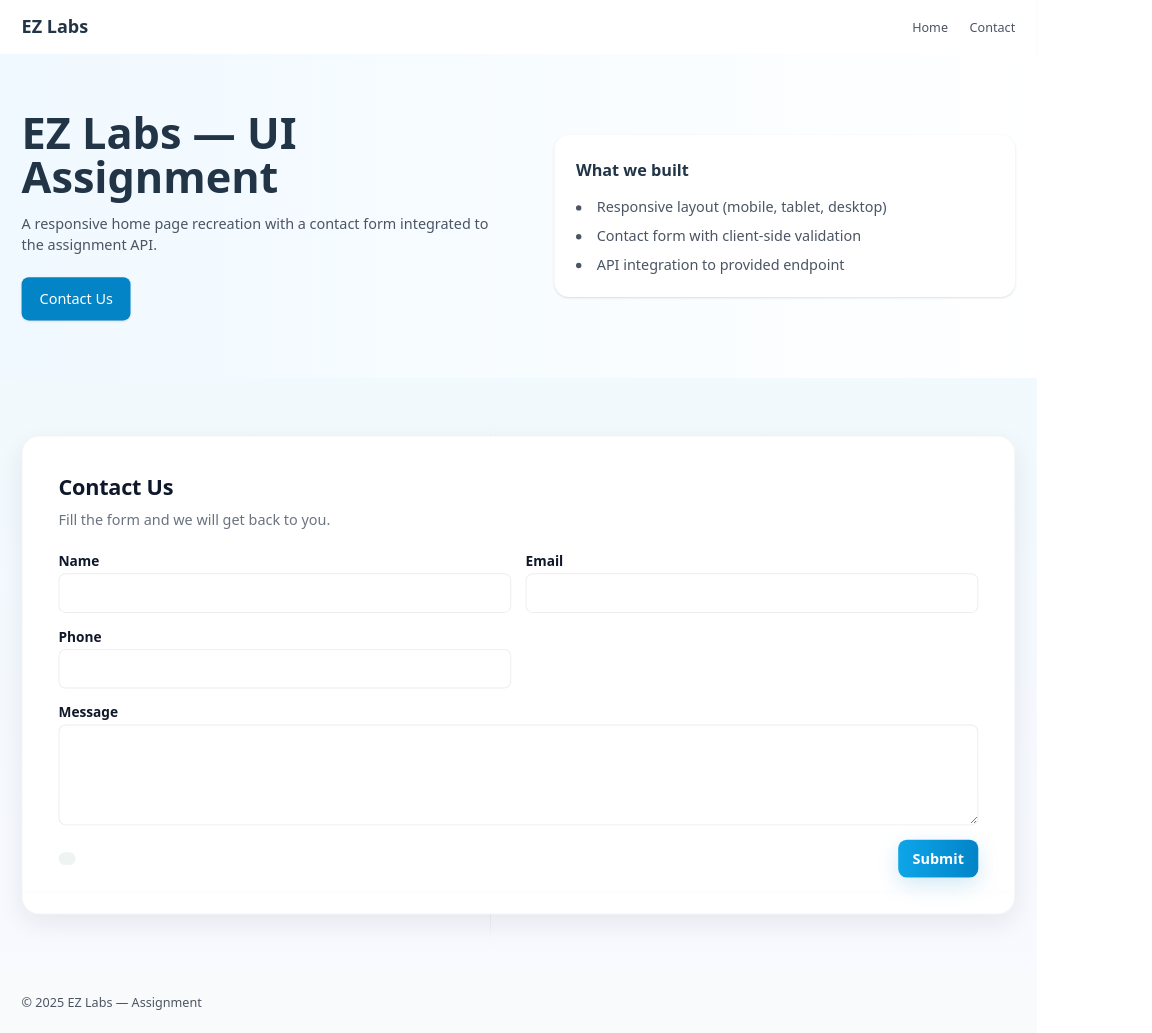
Repository: ritesh1711/ez-contact-form
Page: /
The author's editor kept a copy of each file at every save. The page is drawn from the files as they stood at one save, then again after the next save.
The browser window is 1280 px wide. The pictures show the whole page, at 90% of full size.
The project was rebuilt for these pictures with package versions that can differ from the ones it lists, and the page was loaded fresh each time. Also part of the build but not shown: vite.config.js.

Above is the page before, as saved 2025-11-09 22:09:58.

### index.html
<!doctype html>
<html lang="en">
  <head>
    <meta charset="UTF-8" />
    <link rel="icon" type="image/svg+xml" href="/vite.svg" />
    <meta name="viewport" content="width=device-width, initial-scale=1.0" />
    <title>ezlabs-assignment</title>
  </head>
  <body>
    <div id="root"></div>
    <script type="module" src="/src/main.jsx"></script>
  </body>
</html>

### src/index.css
:root {
  font-family: system-ui, Avenir, Helvetica, Arial, sans-serif;
  line-height: 1.5;
  font-weight: 400;

  color-scheme: light dark;
  color: rgba(255, 255, 255, 0.87);
  background-color: #242424;

  font-synthesis: none;
  text-rendering: optimizeLegibility;
  -webkit-font-smoothing: antialiased;
  -moz-osx-font-smoothing: grayscale;
}

a {
  font-weight: 500;
  color: #646cff;
  text-decoration: inherit;
}
a:hover {
  color: #535bf2;
}

body {
  margin: 0;
  display: flex;
  place-items: center;
  min-width: 320px;
  min-height: 100vh;
}

h1 {
  font-size: 3.2em;
  line-height: 1.1;
}

button {
  border-radius: 8px;
  border: 1px solid transparent;
  padding: 0.6em 1.2em;
  font-size: 1em;
  font-weight: 500;
  font-family: inherit;
  background-color: #1a1a1a;
  cursor: pointer;
  transition: border-color 0.25s;
}
button:hover {
  border-color: #646cff;
}
button:focus,
button:focus-visible {
  outline: 4px auto -webkit-focus-ring-color;
}

@media (prefers-color-scheme: light) {
  :root {
    color: #213547;
    background-color: #ffffff;
  }
  a:hover {
    color: #747bff;
  }
  button {
    background-color: #f9f9f9;
  }
}



@tailwind base;
@tailwind components;
@tailwind utilities;

### src/App.jsx
import React from 'react'
import Hero from './components/Hero'
import ContactForm from './components/ContactForm'
import Footer from './components/Footer'


export default function App(){
return (
<div className="min-h-screen flex flex-col">
<header className="bg-white shadow-sm">
<div className="max-w-6xl mx-auto px-6 py-4 flex items-center justify-between">
<div className="text-xl font-bold">EZ Labs</div>
<nav className="space-x-6 hidden md:block text-sm text-gray-600">
<a href="#home">Home</a>
<a href="#contact">Contact</a>
</nav>
</div>
</header>


<main className="flex-1">
<Hero />
<ContactForm />
</main>


<Footer />
</div>
)
}

### src/components/Hero.jsx
import React from 'react'


export default function Hero(){
return (
<section id="home" className="bg-gradient-to-r from-sky-50 to-white">
<div className="max-w-6xl mx-auto px-6 py-16 grid gap-8 md:grid-cols-2 items-center">
<div>
<h1 className="text-4xl md:text-5xl font-extrabold leading-tight">EZ Labs — UI Assignment</h1>
<p className="mt-4 text-gray-600">A responsive home page recreation with a contact form integrated to the assignment API.</p>
<div className="mt-6">
<a href="#contact" className="inline-block bg-sky-600 text-white px-5 py-3 rounded-lg shadow hover:opacity-90">Contact Us</a>
</div>
</div>


<div className="bg-white rounded-2xl p-6 shadow md:ml-6">
<h3 className="text-lg font-semibold">What we built</h3>
<ul className="mt-4 text-gray-600 list-disc list-inside space-y-2">
<li>Responsive layout (mobile, tablet, desktop)</li>
<li>Contact form with client-side validation</li>
<li>API integration to provided endpoint</li>
</ul>
</div>
</div>
</section>
)
}

### src/components/ContactForm.jsx
import React, { useState } from 'react'
import './ContactForm.css' // added - imports the new styles

function ContactForm() {
  const [form, setForm] = useState({
    name: '',
    email: '',
    phone: '',
    message: ''
  })

  const [errors, setErrors] = useState({})
  const [status, setStatus] = useState('')
  const [loading, setLoading] = useState(false)

  const validate = () => {
    const newErrors = {}
    if (!form.name.trim()) newErrors.name = 'Name is required'
    if (!form.email.trim()) newErrors.email = 'Email is required'
    else if (!/\S+@\S+\.\S+/.test(form.email)) newErrors.email = 'Invalid email'
    if (!form.phone.trim()) newErrors.phone = 'Phone is required'
    if (!form.message.trim()) newErrors.message = 'Message is required'
    return newErrors
  }

  const handleSubmit = async (e) => {
    e.preventDefault()
    const validationErrors = validate()
    if (Object.keys(validationErrors).length > 0) {
      setErrors(validationErrors)
      return
    }

    setErrors({})
    setLoading(true)
    setStatus('')

    try {
      const res = await fetch('https://jsonplaceholder.typicode.com/posts', {
        method: 'POST',
        headers: { 'Content-Type': 'application/json' },
        body: JSON.stringify(form)
      })

      if (res.ok) {
        setStatus('Form Submitted')
        setForm({ name: '', email: '', phone: '', message: '' })
      } else {
        const body = await res.text()
        setStatus('Submission failed: ' + res.status)
        console.error('API error', res.status, body)
      }
    } catch (err) {
      console.error(err)
      setStatus('Submission failed: network error')
    } finally {
      setLoading(false)
    }
  }

  return (
    <section id="contact" className="max-w-6xl mx-auto px-6 py-16">
      <div className="bg-white rounded-2xl shadow p-6 md:p-12">
        <h2 className="text-2xl font-bold">Contact Us</h2>
        <p className="text-gray-600 mt-2">Fill the form and we will get back to you.</p>

        <form className="mt-6 grid gap-4 md:grid-cols-2" onSubmit={handleSubmit} noValidate>
          <div className="md:col-span-1">
            <label className="block text-sm font-medium">Name</label>
            <input
              value={form.name}
              onChange={(e) => setForm({ ...form, name: e.target.value })}
              className={`mt-1 block w-full rounded-md border px-3 py-2 ${
                errors.name ? 'border-red-500' : 'border-gray-200'
              }`}
            />
            {errors.name && <p className="text-sm text-red-600 mt-1">{errors.name}</p>}
          </div>

          <div className="md:col-span-1">
            <label className="block text-sm font-medium">Email</label>
            <input
              value={form.email}
              onChange={(e) => setForm({ ...form, email: e.target.value })}
              className={`mt-1 block w-full rounded-md border px-3 py-2 ${
                errors.email ? 'border-red-500' : 'border-gray-200'
              }`}
            />
            {errors.email && <p className="text-sm text-red-600 mt-1">{errors.email}</p>}
          </div>

          <div className="md:col-span-1">
            <label className="block text-sm font-medium">Phone</label>
            <input
              value={form.phone}
              onChange={(e) => setForm({ ...form, phone: e.target.value })}
              className={`mt-1 block w-full rounded-md border px-3 py-2 ${
                errors.phone ? 'border-red-500' : 'border-gray-200'
              }`}
            />
            {errors.phone && <p className="text-sm text-red-600 mt-1">{errors.phone}</p>}
          </div>

          <div className="md:col-span-2">
            <label className="block text-sm font-medium">Message</label>
            <textarea
              value={form.message}
              onChange={(e) => setForm({ ...form, message: e.target.value })}
              rows={4}
              className={`mt-1 block w-full rounded-md border px-3 py-2 ${
                errors.message ? 'border-red-500' : 'border-gray-200'
              }`}
            ></textarea>
            {errors.message && <p className="text-sm text-red-600 mt-1">{errors.message}</p>}
          </div>

          <div className="md:col-span-2 flex items-center justify-between">
            <div className="text-sm text-green-700">{status}</div>
            <div>
              <button
                type="submit"
                disabled={loading}
                className="inline-flex items-center px-5 py-2 bg-sky-600 text-white rounded-lg hover:opacity-90"
              >
                {loading ? 'Sending...' : 'Submit'}
              </button>
            </div>
          </div>
        </form>
      </div>
    </section>
  )
}

export default ContactForm

### src/components/Footer.jsx
import React from 'react'


export default function Footer(){
return (
<footer className="bg-gray-50">
<div className="max-w-6xl mx-auto px-6 py-6 text-sm text-gray-600">© {new Date().getFullYear()} EZ Labs — Assignment</div>
</footer>
)
}

### src/components/ContactForm.css
/* New styles to beautify and make the contact form responsive */
/* Uses the existing structure and IDs/classes; does not change behavior */

:root{
  --primary: #0ea5e9; /* sky-500 */
  --primary-600: #0284c7;
  --muted: #6b7280;
  --card-bg: rgba(255,255,255,0.96);
  --glass: rgba(255,255,255,0.6);
}

/* Section background and centering */
#contact{
  background: linear-gradient(180deg, rgba(14,165,233,0.06) 0%, rgba(99,102,241,0.04) 100%);
  -webkit-font-smoothing: antialiased;
  -moz-osx-font-smoothing: grayscale;
}

/* Card styling (targets the immediate child card div) */
#contact > div {
  background: linear-gradient(180deg, var(--card-bg), #ffffff);
  border-radius: 1.25rem; /* matches rounded-2xl */
  box-shadow: 0 10px 30px rgba(15,23,42,0.08);
  border: 1px solid rgba(15,23,42,0.04);
  overflow: hidden;
  padding: 1.5rem;
}

/* On larger screens, give the card a subtle side-by-side layout */
@media (min-width: 768px) {
  #contact > div { padding: 2.5rem; }
}

/* Heading */
#contact h2 {
  font-size: 1.5rem;
  letter-spacing: -0.01em;
  color: #0f172a;
}

/* Subtitle */
#contact p {
  color: var(--muted);
}

/* Form container adjustments */
#contact form {
  gap: 1rem;
}

/* Labels */
#contact label {
  color: #0f172a;
  font-weight: 600;
  font-size: 0.95rem;
}

/* Inputs and textarea */
#contact input[type="text"],
#contact input[type="email"],
#contact input[type="tel"],
#contact input,
#contact textarea {
  background: #fff;
  border: 1px solid rgba(15,23,42,0.08);
  transition: border-color 160ms ease, box-shadow 160ms ease, transform 160ms ease;
  box-shadow: none;
  width: 100%;
  border-radius: 0.5rem;
  padding: 0.6rem 0.85rem;
  color: #0f172a;
  font-size: 0.95rem;
  outline: none;
}

/* Focus states */
#contact input:focus,
#contact textarea:focus {
  border-color: var(--primary);
  box-shadow: 0 6px 24px rgba(14,165,233,0.12);
  transform: translateY(-1px);
}

/* Invalid / error inputs - keep existing Tailwind red class but strengthen */
#contact .border-red-500 {
  border-color: #ef4444 !important;
  box-shadow: 0 6px 18px rgba(239,68,68,0.08);
}

/* Error message styling */
#contact .text-red-600 {
  color: #b91c1c;
  font-weight: 600;
  margin-top: 0.35rem;
}

/* Status message (success / error) */
#contact .text-green-700 {
  color: #065f46;
  background: rgba(6,95,70,0.07);
  padding: 0.45rem 0.6rem;
  border-radius: 0.45rem;
  font-weight: 600;
}

/* Submit button - override inline Tailwind for a nicer gradient */
#contact button[type="submit"] {
  background: linear-gradient(90deg, var(--primary) 0%, var(--primary-600) 100%);
  border: none;
  padding: 0.55rem 1rem;
  color: #fff;
  font-weight: 700;
  border-radius: 0.6rem;
  box-shadow: 0 8px 24px rgba(2,132,199,0.18);
  transition: transform 140ms ease, box-shadow 140ms ease, opacity 120ms ease;
  display: inline-flex;
  align-items: center;
  gap: 0.5rem;
}

/* Disabled state */
#contact button[disabled] {
  opacity: 0.6;
  transform: none;
  cursor: not-allowed;
  box-shadow: none;
}

/* Button hover/active */
#contact button[type="submit"]:hover:not([disabled]) {
  transform: translateY(-3px);
  box-shadow: 0 14px 40px rgba(2,132,199,0.16);
}

/* Make grid items more spacious on small screens */
@media (max-width: 640px) {
  #contact form {
    display: grid;
    grid-template-columns: 1fr;
  }

  #contact > div { padding: 1.2rem; }
}

/* Improve textarea appearance */
#contact textarea {
  min-height: 110px;
  resize: vertical;
}

/* Subtle label + input grouping spacing */
#contact .md\\:col-span-2, #contact .md\\:col-span-1 {
  margin-bottom: 0.25rem;
}

/* Accessibility: larger hit target for inputs on touch */
@media (pointer: coarse) {
  #contact input, #contact textarea, #contact button { padding: 0.85rem; }
}

/* small flourish: card entrance */
@keyframes uplift {
  from { transform: translateY(8px); opacity: 0; }
  to { transform: translateY(0); opacity: 1; }
}
#contact > div { animation: uplift 420ms cubic-bezier(.2,.9,.3,1) both; }

/* Keep existing utility classes intact and non-destructive */

Loaded but not shown: src/main.jsx (common file); tailwind.config.cjs (common file)

After the next save:
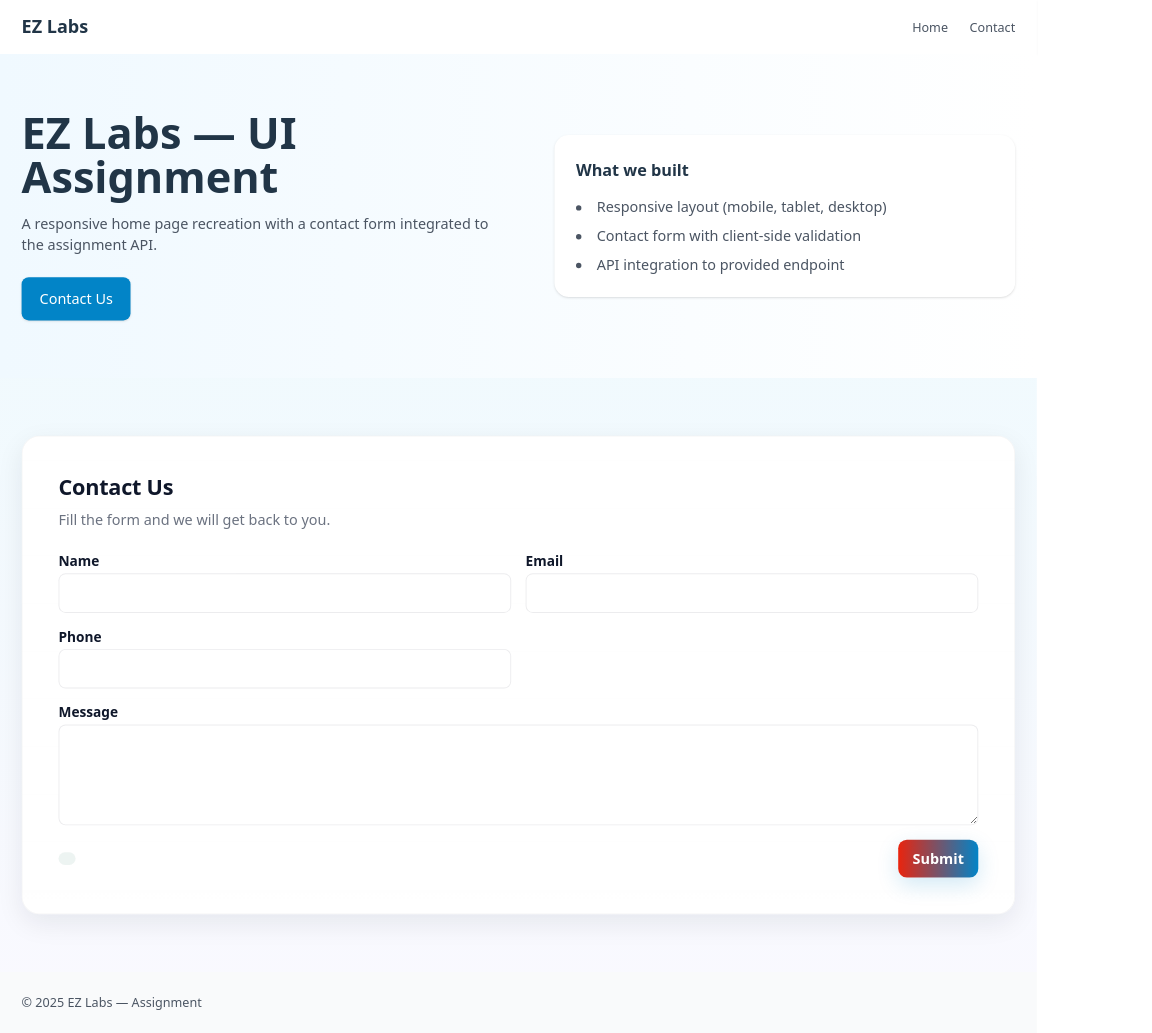
Saved 47 s later.
--- a/src/components/ContactForm.css
+++ b/src/components/ContactForm.css
@@ -2,7 +2,7 @@
 /* Uses the existing structure and IDs/classes; does not change behavior */
 
 :root{
-  --primary: #0ea5e9; /* sky-500 */
+  --primary: #e9240e; /* sky-500 */
   --primary-600: #0284c7;
   --muted: #6b7280;
   --card-bg: rgba(255,255,255,0.96);

After the save that followed:
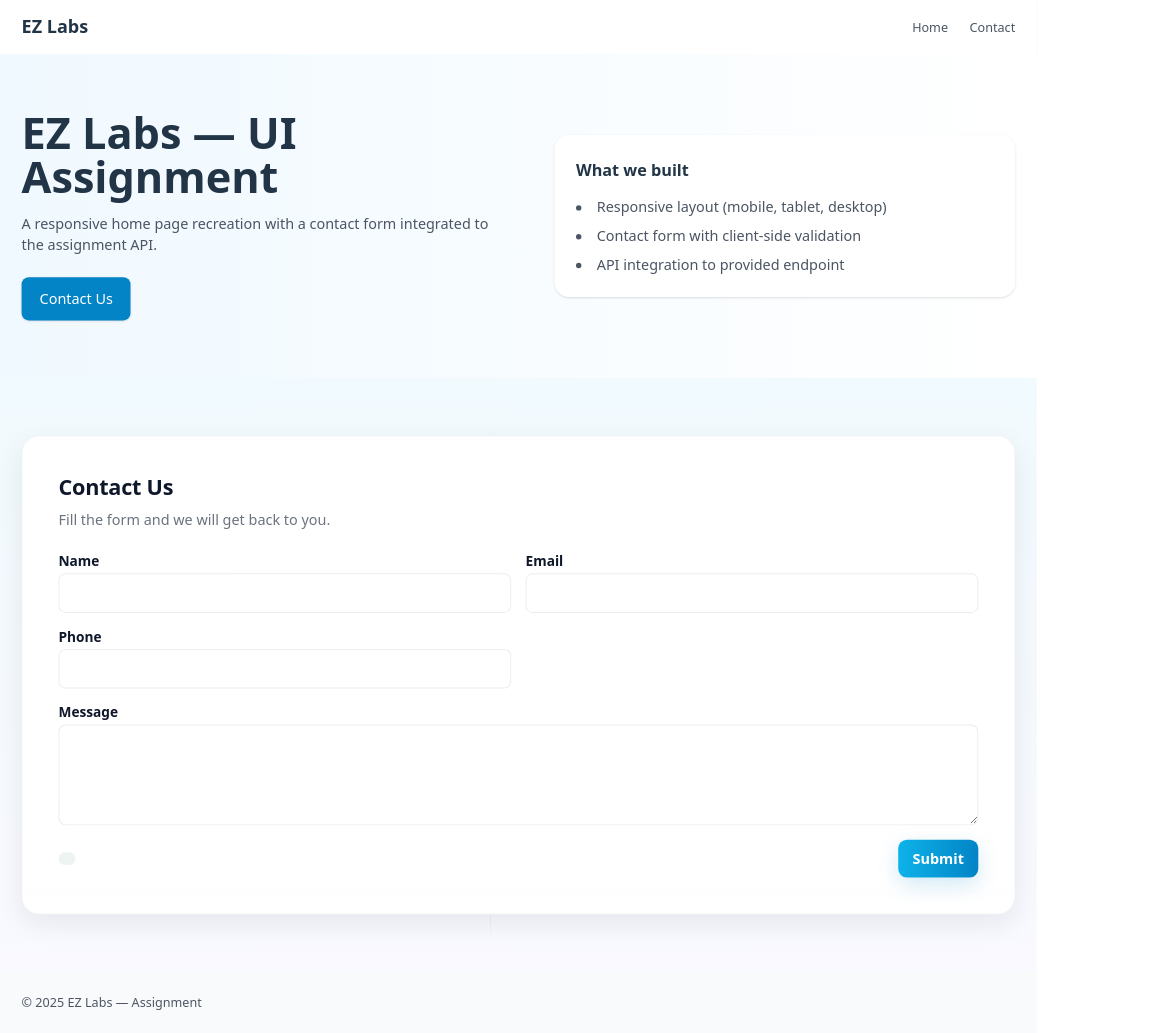
Saved 13 s later.
--- a/src/components/ContactForm.css
+++ b/src/components/ContactForm.css
@@ -2,7 +2,7 @@
 /* Uses the existing structure and IDs/classes; does not change behavior */
 
 :root{
-  --primary: #e9240e; /* sky-500 */
+  --primary: #0eb2e9; /* sky-500 */
   --primary-600: #0284c7;
   --muted: #6b7280;
   --card-bg: rgba(255,255,255,0.96);
